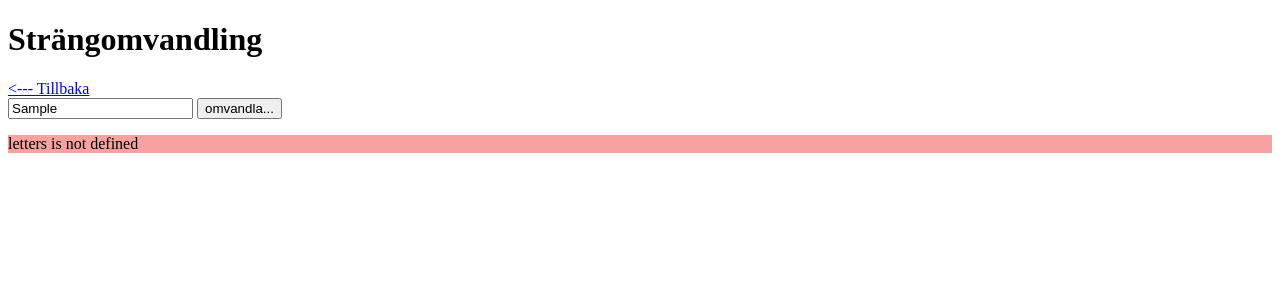
Repository: LindaOtt/1dv403-lo222hd-laborationer
Page: 1-vandalen/strings/index.html
The author's editor kept a record of every edit. The page is drawn from the files as they stood at one moment, then again after the next edit.
The browser window is 1280 px wide. The pictures show the whole page.
Empty fields were first filled with sample values (such as "Sample", 5 or name@example.com).
After loading, the first visible `#send` was clicked once.

Above is the page before.

### 1-vandalen/strings/index.html
<!DOCTYPE html>
<html lang="sv">
<head>
	<meta charset="UTF-8" />
 	<title>JavaScript - Strängar</title>
 	<style>
 		.error {
 			background-color: #F7A1A1;
 		}
 	</style>
</head>
    <body>
        <h1>Strängomvandling</h1>
        <a href="../index.html">&lt;--- Tillbaka</a>
 		<form>
 			<input type="text" id="string" /> <input id="send" type="submit" value="omvandla..." />
 			<p id="value"></p>
		</form>

        <p class="innerHTML"></p>
    	  <script src="script.js"></script>

    </body>
</html>

### 1-vandalen/strings/script.js
"use strict";

window.onload = function(){

	// I denna funktion ska du skriva koden för att hantera "spelet"
	var convertString = function(str){
		// Plats för förändring.
		// Returnera den konverterade strängen.
		// Vid fel, kasta ett undantag med ett meddelande till användaren.

		var message;

		//Går igenom varje karaktär i strängen
		for (var i = 0; i<str.length; i++) {
	    if (str[i] === str[i].toUpperCase()
	        && str[i] !== str[i].toLowerCase()) {
	        message = str[i] + ": Uppercase<br>";
	    } else {
	        console.log(letters[i] + ": " + false);
	    }
		}

		for (var i = 0, len = str.length; i < len; i++) {
			var strChar = str[i];
			var message;
			if (strChar === strChar.toUpperCase()) {
				message = strChar + ": Uppercase<br>";
			}
			if (strChar === strChar.toLowerCase()) {
				message += strChar + ": Lowercase<br>";
			}
		}

		return message;

	};
	// ------------------------------------------------------------------------------


	// Kod för att hantera utskrift och inmatning. Denna ska du inte behöva förändra
	var p = document.querySelector("#value"); // Referens till DOM-noden med id="#value"
	var input = document.querySelector("#string");
	var submit = document.querySelector("#send");

	// Vi kopplar en eventhanterare till formulärets skickaknapp som kör en anonym funktion.
	submit.addEventListener("click", function(e){
		e.preventDefault(); // Hindra formuläret från att skickas till servern. Vi hanterar allt på klienten.

		p.classList.remove( "error");

		try {
			var answer = convertString(input.value) // Läser in texten från textrutan och skickar till funktionen "convertString"
			p.innerHTML = answer;		// Skriver ut texten från arrayen som skapats i funktionen.
		} catch (error){
			p.classList.add( "error"); // Växla CSS-klass, IE10+
			p.innerHTML = error.message;
		}

	});



};

After the next edit:
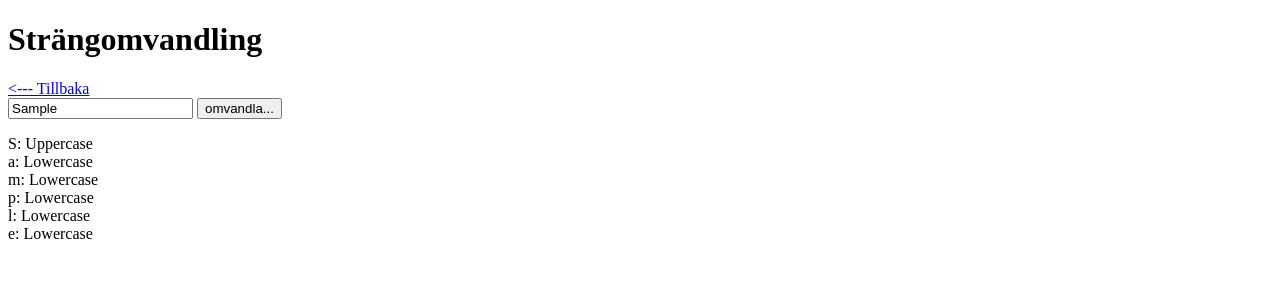
The edit:
--- a/1-vandalen/strings/script.js
+++ b/1-vandalen/strings/script.js
@@ -16,7 +16,7 @@
 	        && str[i] !== str[i].toLowerCase()) {
 	        message = str[i] + ": Uppercase<br>";
 	    } else {
-	        console.log(letters[i] + ": " + false);
+	        message = str[i] + ": Lowercase<br>";
 	    }
 		}
 
